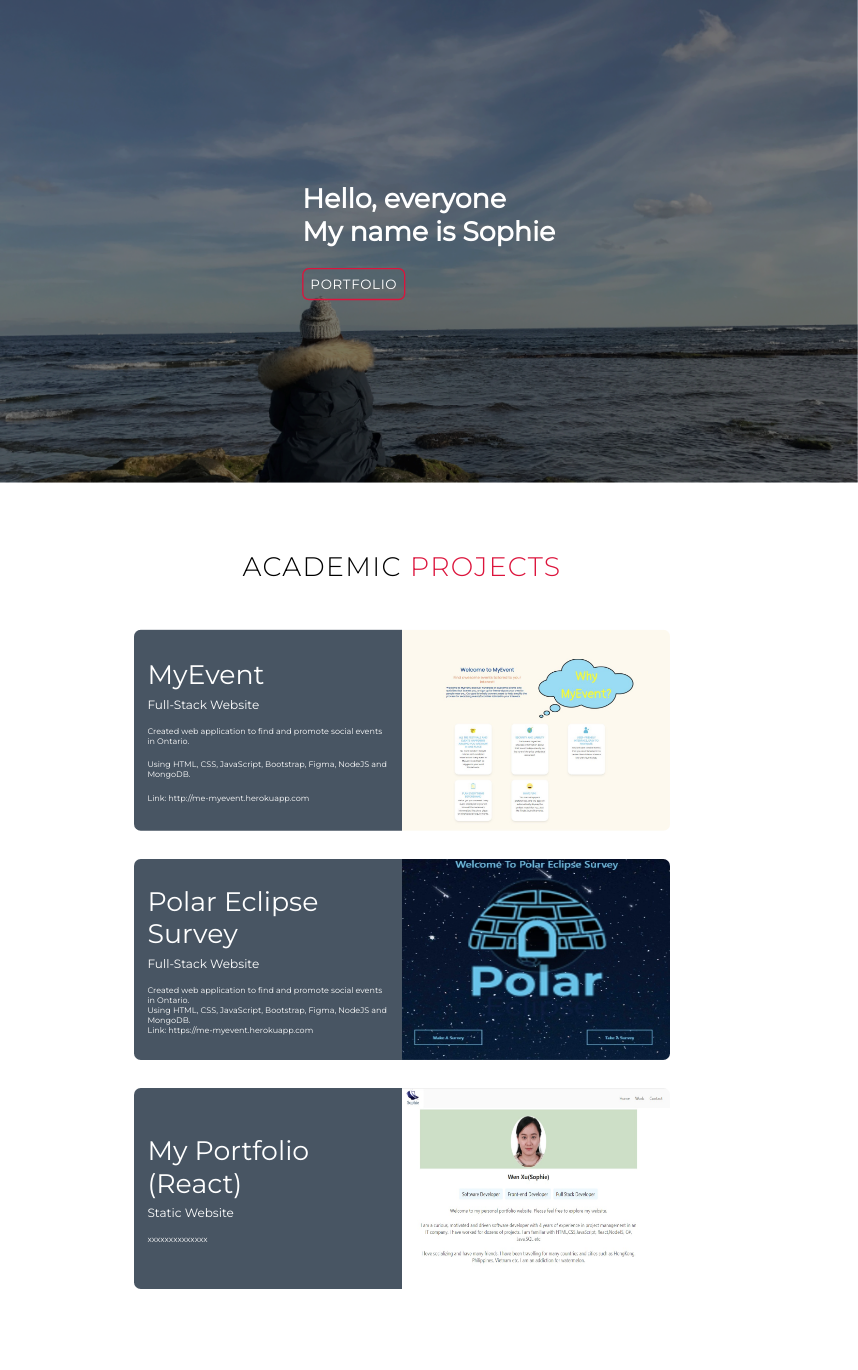
Repository: wenxi0504/StaticWebsite_Profolio
Page: index.html
These files come from the project's save history. The page is drawn as it stood at one moment and after the next save; the edit follows.
The browser window is 1280 px wide. The pictures show the whole page, at 67% of full size.

Above is the page before, as saved 2022-03-03 23:23:21.

After the next save:
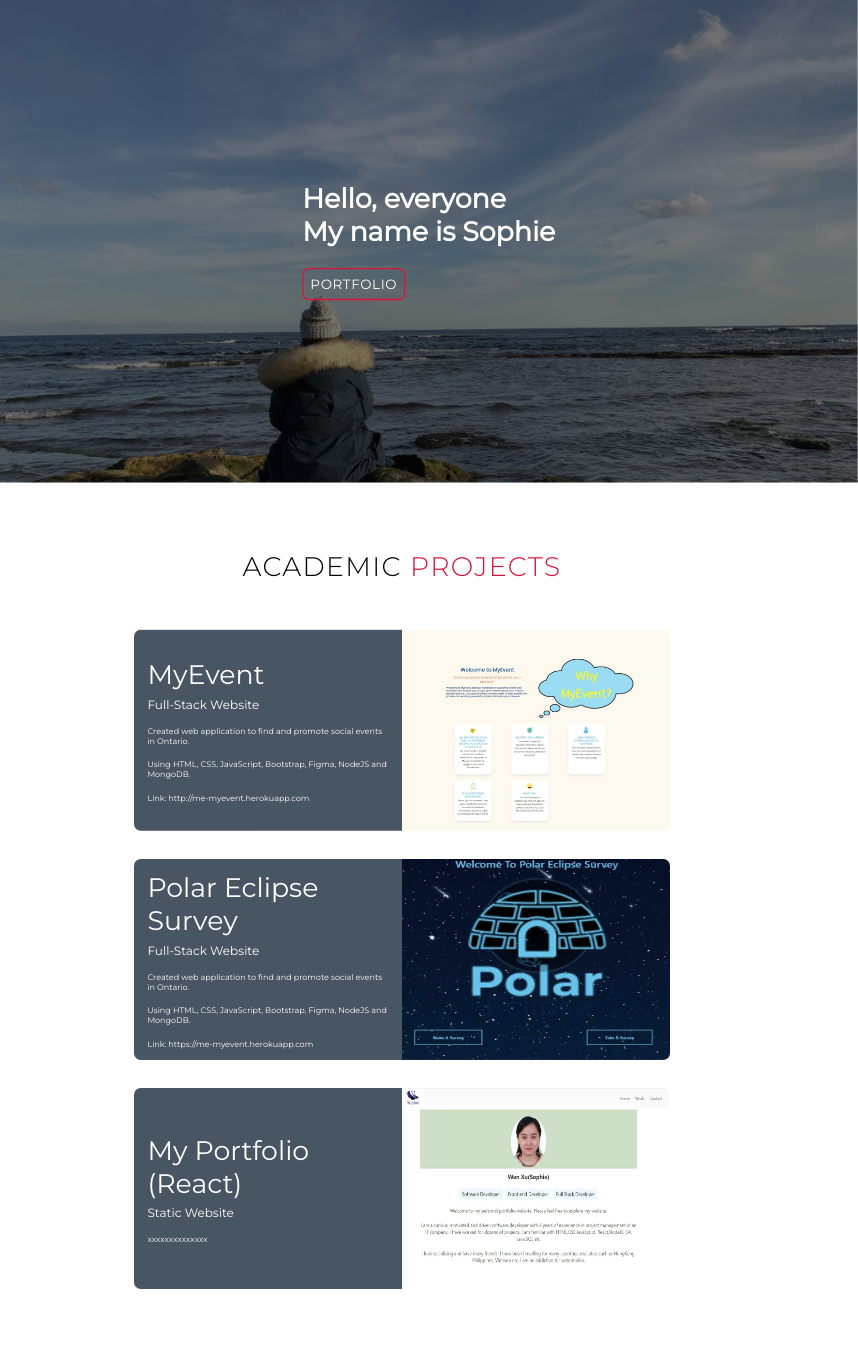
Saved 43 s later.
--- a/index.html
+++ b/index.html
@@ -43,10 +43,10 @@
             <div class="project-info">
               <h1>Polar Eclipse Survey </h1>
               <h2>Full-Stack Website</h2>
-              <p>Created web application to find and promote social events in Ontario. <br>
-                Using HTML, CSS, JavaScript, Bootstrap, Figma, NodeJS and MongoDB.<br>
-                Link: https://me-myevent.herokuapp.com
-                </p>
+              <p>Created web application to find and promote social events in Ontario. </p>
+               <p> Using HTML, CSS, JavaScript, Bootstrap, Figma, NodeJS and MongoDB.</p>
+               <p> Link: https://me-myevent.herokuapp.com  </p>
+
             </div>
             <div class="project-img">
               <img src="./images/EclipseSurvey.jpg" alt="SurveyImg">
